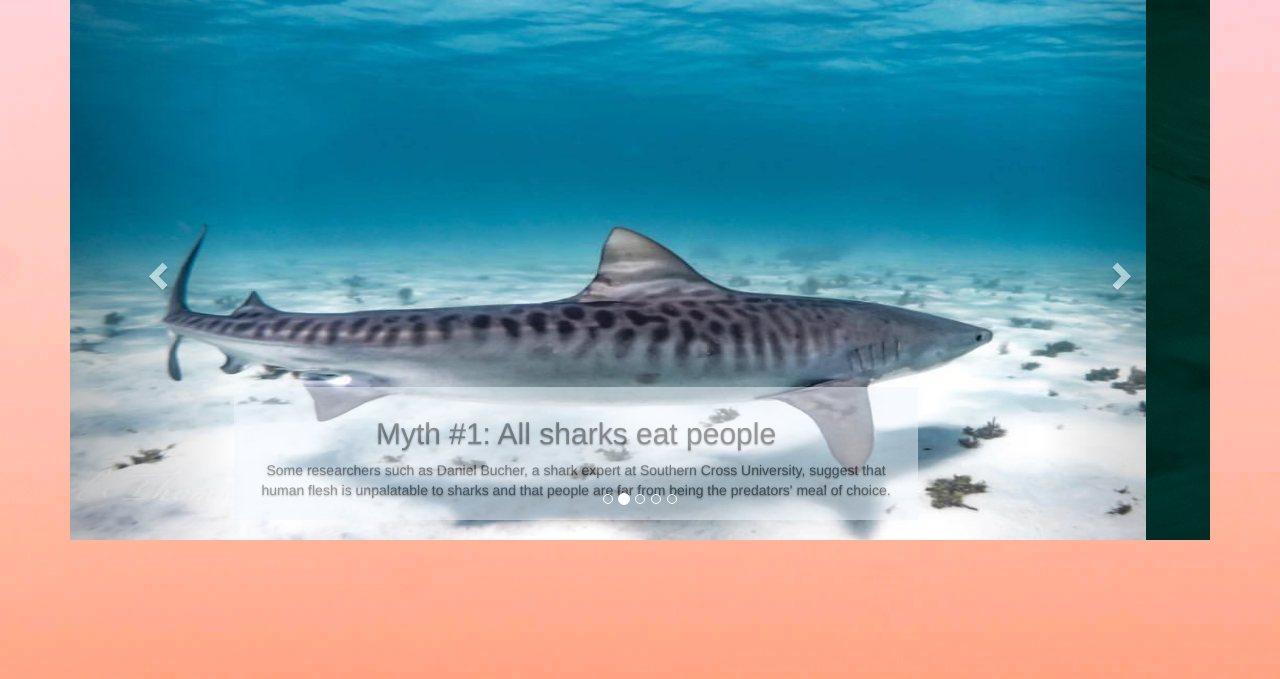
Repository: lacey-crenshaw/carousel
Page: index.html
An editor plug-in stored every save of this project. The page is shown before and after the next save, followed by the edit.
The browser window is 1280 px wide. The pictures show the whole page.

Above is the page before, as saved 2020-02-16 18:00:52.

### index.html
<!DOCTYPE html>
<html lang="en">

<head>
    <link rel="stylesheet" href="https://maxcdn.bootstrapcdn.com/bootstrap/3.4.1/css/bootstrap.min.css">
    <link rel="stylesheet" href="images/styles/styles.css">
    <meta charset="utf-8">
    <title>Bootstrap Carousel</title>



</head>

<body>

    <div class="container">
        <div class="row">
            <div class="col-sm-12">

                <div id="my-slider" class="carousel slide" data-ride="carousel">

                    <!-- indicators nav -->
                    <ol class="carousel-indicators">
                        <li data-target="#my-slider" data-slide-to="0" class="active"></li>
                        <li data-target="#my-slider" data-slide-to="1"></li>
                        <li data-target="#my-slider" data-slide-to="2"></li>
                        <li data-target="#my-slider" data-slide-to="3"></li>
                        <li data-target="#my-slider" data-slide-to="4"></li>
                    </ol>

                    <!-- wrapper for slides -->
                    <div class="carousel-inner" role="listbox">
                        <div class="item active">
                            <img src="images/tigerShark.jpg" alt="Black Shark">
                            <div class="carousel-caption">
                                <h2>Myth #1: All sharks eat people</h2>
                                <p>Some researchers such as Daniel Bucher, a shark expert at Southern Cross University,
                                    suggest that human flesh is unpalatable to sharks and that people are far from being
                                    the predators' meal of choice.</p>
                            </div>
                        </div>

                        <div class="item">
                            <img src="images/grayShark.jpg" alt="Gray Shark">
                            <div class="carousel-caption">
                                <h2>Myth #2: Sharks aren't clever and have tiny, walnut-size brains</h2>
                                <p>False. Sharks are actually one of the most intelligent creatures in the ocean,
                                    thanks to more than 400 million years of evolution. The animals' brain-to-body ratio
                                    is similar to that of most birds and mammals, according to a paper by Leo Demski and
                                    R. Glenn Northcutt who studied shark brain size in 1996.</p>
                            </div>
                        </div>

                        <div class="item">
                            <img src="images/whaleShark.jpg" alt="Whale Shark">
                            <div class="carousel-caption">
                                <h2>Myth #3: All sharks are big and scary, and have lots of sharp teeth</h2>
                                <p>There are more than 450 species of sharks, and they come in all shapes and sizes. The
                                    basking shark is the second largest fish in the sea, but it eats only plankton with
                                    its tremendously large mouth, which can measure more than 3 feet (0.9 m) wide.</p>
                            </div>
                        </div>

                        <div class="item">
                            <img src="images/greatWhite.jpg" alt="Great White Shark">
                            <div class="carousel-caption">
                                <h2>Myth #4: If you're attacked by a shark, you should punch it in the nose</h2>
                                <p>That's probably not a good idea. The best way to escape is to go for the shark's eye.
                                    Sharks have an eyelid-like barrier to protect them from prey thrashing around in
                                    their jaws, but it's not designed to shield from fingers.</p>
                            </div>
                        </div>

                        <div class="item">
                            <img src="images/blackShark.jpg" alt="Black Shark">
                            <div class="carousel-caption">
                                <h2>Myth #5: Nothing eats sharks</h2>
                                <p>While the largest sharks, such as tiger sharks and whale sharks, have very little to
                                    worry about from predators, the smaller sharks are not so lucky. Some shark species
                                    are incredibly small, and so they can make handy snacks for larger species. A few
                                    marine mammals, including orca whales, prey on sharks, too.</p>
                            </div>
                        </div>

                    </div>

                    <!-- controls for next and previous buttons -->
                    <a class="left carousel-control" href="#my-slider" role="button" data-slide="prev">
                        <span class="glyphicon glyphicon-chevron-left" aria-hidden="true"></span>
                        <span class="sr-only">Previous</span>
                    </a>
                    <a class="right carousel-control" href="#my-slider" role="button" data-slide="next">
                        <span class="glyphicon glyphicon-chevron-right" aria-hidden="true"></span>
                        <span class="sr-only">Next</span>
                    </a>


                </div>

            </div>
        </div>
    </div>


    <script src="https://ajax.googleapis.com/ajax/libs/jquery/3.4.1/jquery.min.js"></script>
    <script src="https://maxcdn.bootstrapcdn.com/bootstrap/3.4.1/js/bootstrap.min.js"></script>
</body>

</html>

### images/styles/styles.css
body {
    background-image: url(../ocean-waves.jpg);
}

.carousel-inner>.item>img,
.carousel-inner>.item>a>img {
    width: 100% !important;
    height: 75vh;
}

.carousel-caption {
    background-color: aliceblue;
    padding: 10px;
    opacity: 50%;
    color: #333;
}

After the next save:
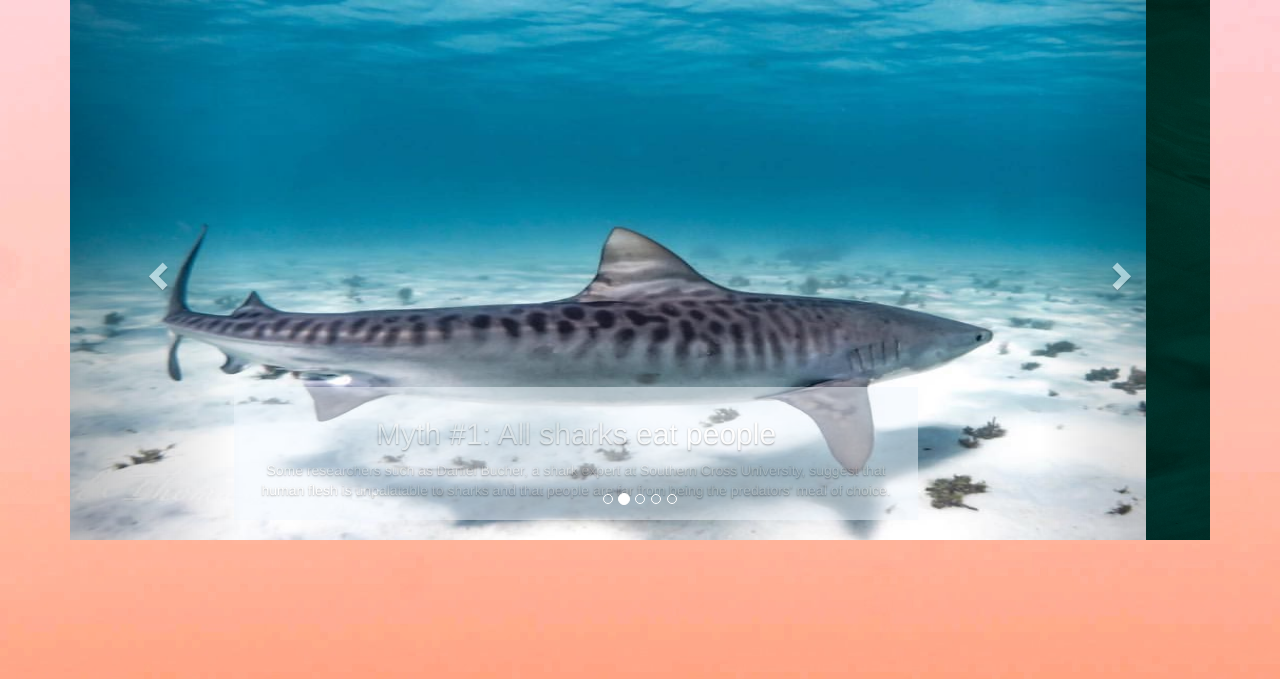
Saved 12 s later.
--- a/images/styles/styles.css
+++ b/images/styles/styles.css
@@ -12,5 +12,4 @@ body {
     background-color: aliceblue;
     padding: 10px;
     opacity: 50%;
-    color: #333;
 }
